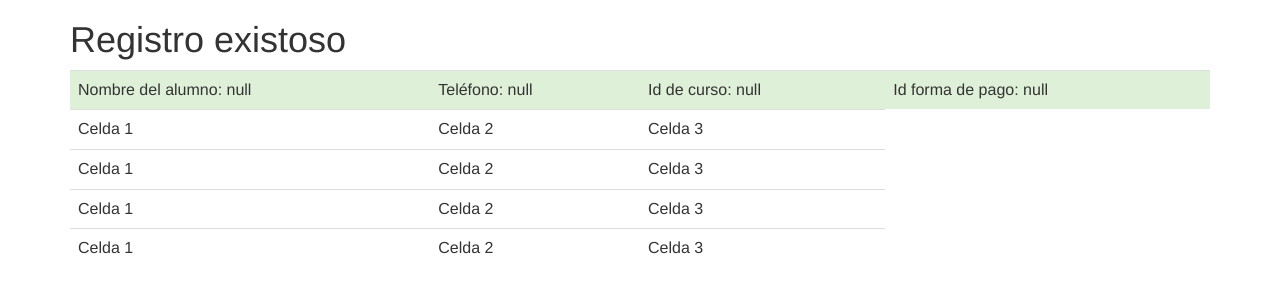
Repository: MarceArratia/ProyectosJava
Page: http://localhost/ListarInscripciones/preConfirmacion
These files come from the project's save history. The page is drawn as it stood at one moment and after the next save; the edit follows.
The browser window is 1280 px wide. The pictures show the whole page.
The page is served by Tomcat 9. Other server files are loaded and not shown.

Above is the page before, as saved 2020-07-29 00:41:33.

### ListarInscripciones/WebContent/confirmacion.jsp
<%@ page language="java" contentType="text/html; charset=UTF-8" pageEncoding="UTF-8"%>
<%

   String nombre = request.getParameter("nombre");
   String celular = request.getParameter("telefono");
   String idCurso = request.getParameter("idCurso");
   String idFormaDePago = request.getParameter("idFormaPago");
%>

<html>
<head>
<meta charset="ISO-8859-1">
<link rel="stylesheet" href="https://maxcdn.bootstrapcdn.com/bootstrap/3.4.0/css/bootstrap.min.css">
<script src="https://ajax.googleapis.com/ajax/libs/jquery/3.4.0/jquery.min.js"></script>
<script src="https://maxcdn.bootstrapcdn.com/bootstrap/3.4.0/js/bootstrap.min.js"></script>
<title>Confirmacion</title>
</head>
<body>
<div class="container">

   <h1>Registro existoso</h1>
   <table class="table">
   <tr class="table-active"><%= " " %>
<td class="bg-success">Nombre del alumno: <%=nombre%></td>
<td class="bg-success">Teléfono: <%=celular%></td>
<td class="bg-success">Id de curso: <%=idCurso%></td>
<td class="bg-success">Id forma de pago: <%=idFormaDePago%></td>
</tr>
<tr>
  <tr>

    <td>Celda 1</td>

    <td>Celda 2</td>

    <td>Celda 3</td>

  </tr>
    <tr>

    <td>Celda 1</td>

    <td>Celda 2</td>

    <td>Celda 3</td>
 </tr>
   <tr>

    <td>Celda 1</td>

    <td>Celda 2</td>

    <td>Celda 3</td>

  </tr>
    <tr>

    <td>Celda 1</td>

    <td>Celda 2</td>

    <td>Celda 3</td>

  </tr>
 </table>
</div>
</body>
</html>

### ListarInscripciones/src/com/desafiolatam/servlets/PreConfirmacion.java
package com.desafiolatam.servlets;

import java.io.IOException;

import javax.servlet.ServletException;
import javax.servlet.annotation.WebServlet;
import javax.servlet.http.HttpServlet;
import javax.servlet.http.HttpServletRequest;
import javax.servlet.http.HttpServletResponse;

@WebServlet("/preConfirmacion")
public class PreConfirmacion extends HttpServlet
{
   protected void doGet(HttpServletRequest request ,HttpServletResponse response)
		   								   throws ServletException
                                          ,IOException
   {
       // redirecciono el request a la pagina JSP
      request.getRequestDispatcher("confirmacion.jsp").forward(request, response);
   }
}

After the next save:
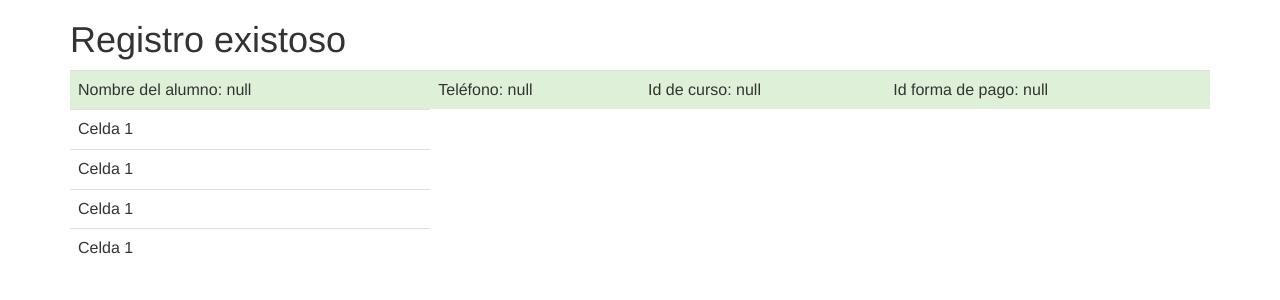
Saved 3 min 38 s later.
--- a/ListarInscripciones/WebContent/confirmacion.jsp
+++ b/ListarInscripciones/WebContent/confirmacion.jsp
@@ -28,38 +28,19 @@
 </tr>
 <tr>
   <tr>
+  <td>Celda 1</td>
+ </tr>
+    <tr>
 
     <td>Celda 1</td>
+ </tr>
+   <tr>
 
-    <td>Celda 2</td>
-
-    <td>Celda 3</td>
-
+    <td>Celda 1</td>
   </tr>
     <tr>
 
     <td>Celda 1</td>
-
-    <td>Celda 2</td>
-
-    <td>Celda 3</td>
- </tr>
-   <tr>
-
-    <td>Celda 1</td>
-
-    <td>Celda 2</td>
-
-    <td>Celda 3</td>
-
-  </tr>
-    <tr>
-
-    <td>Celda 1</td>
-
-    <td>Celda 2</td>
-
-    <td>Celda 3</td>
 
   </tr>
  </table>
